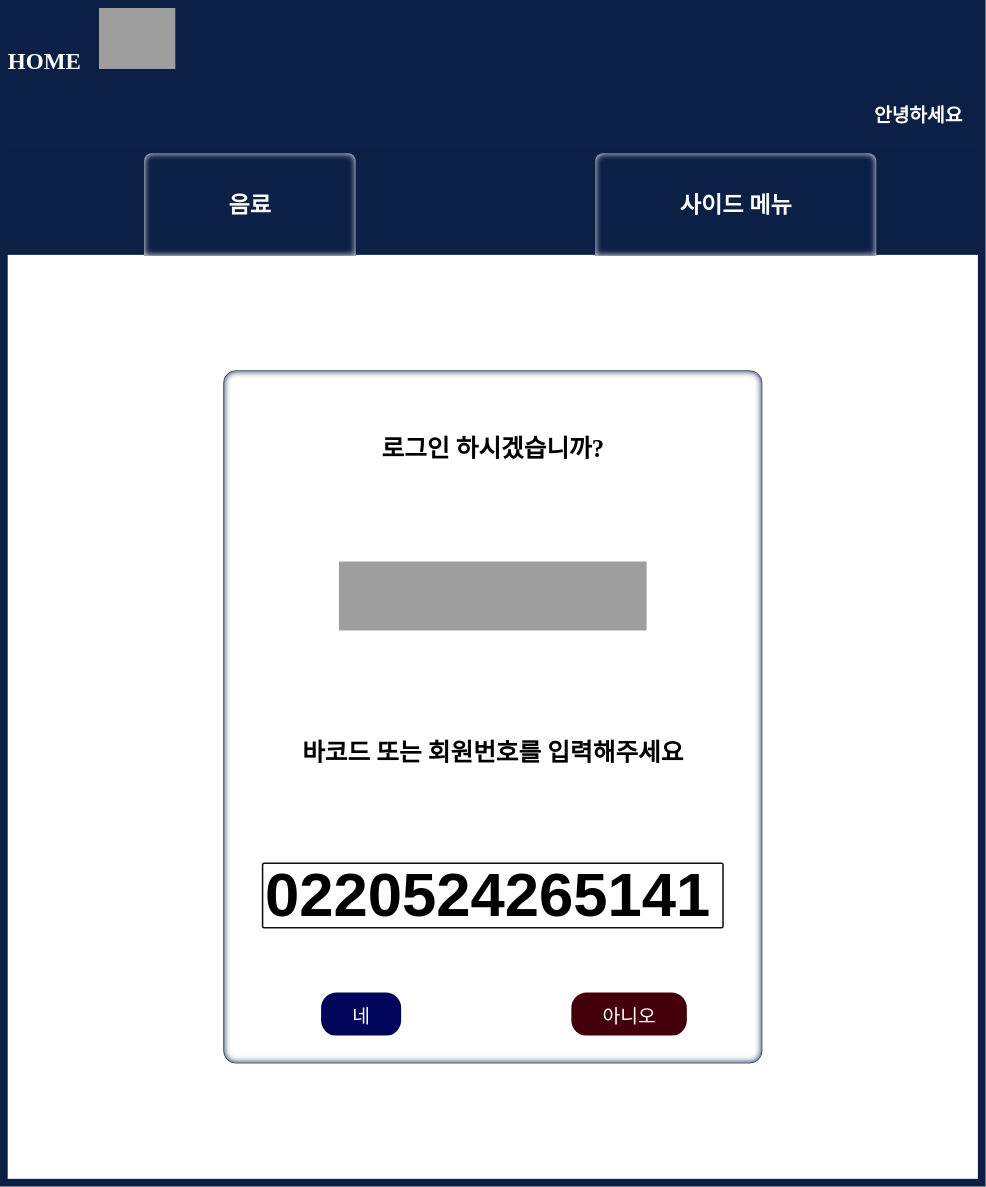
Repository: DevJoeYC/Metabukcs
Page: http://localhost/metabucks/KIOSK/login.jsp
These files come from the project's save history. The page is drawn as it stood at one moment and after the next save; the edit follows.
The browser window is 1280 px wide. The pictures show the whole page, at 77% of full size.
Pictures or frames that could not be fetched are drawn as grey boxes. The page is served by Tomcat 9.

Above is the page before, as saved 2022-05-27 06:18:33.

After the next save:
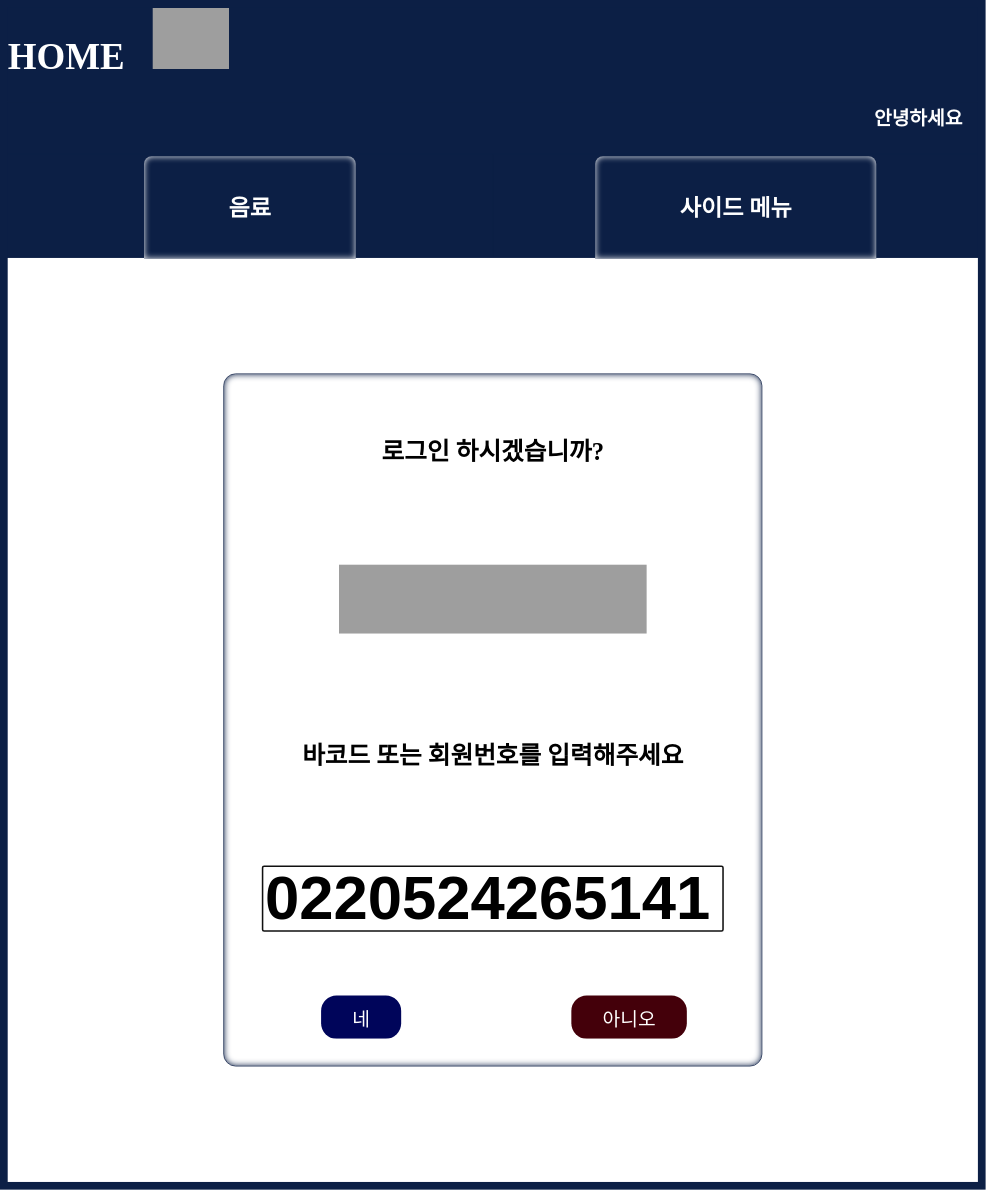
Saved 21 s later.
--- a/metabucks/WebContent/KIOSK/includes/head.jsp
+++ b/metabucks/WebContent/KIOSK/includes/head.jsp
@@ -23,7 +23,7 @@
 	<body>
 		<table border=0  style="width:100%;">
 			<tr>
-				<td id="bar" colspan="2" style="text-align:left;padding:0px 0px 30px 0px">
+				<td id="bar" colspan="2" style="text-align:left;padding:0px 0px 30px 0px; font-size:3rem;">
 					<a style="color: white;text-decoration:none;" href="index.jsp">HOME &nbsp;
 					<img src="images/CoffeeLogo.png" height="80px" width="100px">
 					</a>
